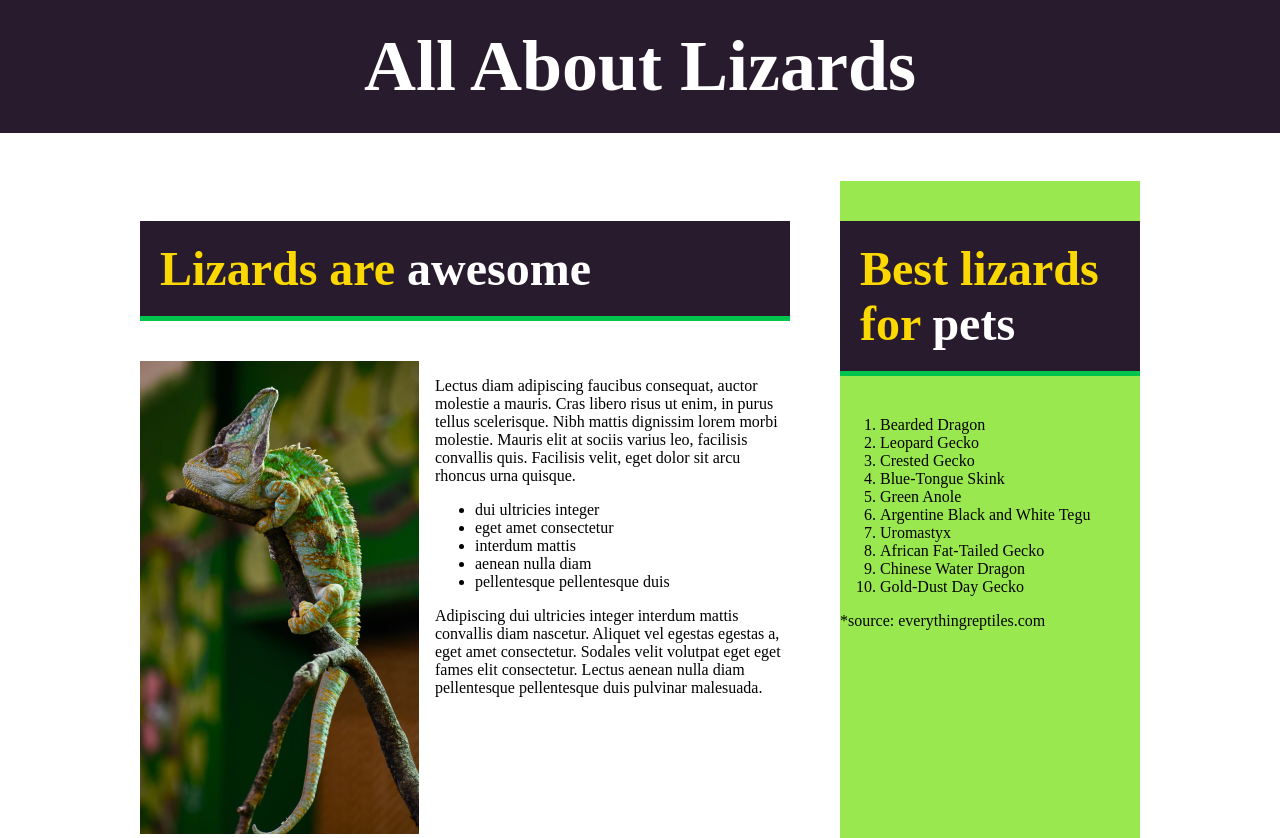
Repository: Doumham-Armah/lizards-landing--page
Page: index.html
These files come from the project's save history. The page is drawn as it stood at one moment and after the next save; the edit follows.
The browser window is 1280 px wide. The pictures show the whole page.

Above is the page before, as saved 2021-08-10 15:27:49.

### index.html
<!DOCTYPE html>
<html>
  <head>
    <title>All about lizards</title>
    <link href="css/style.css" rel="stylesheet" />
  </head>
  <body>
    <header>
      <h1>All About Lizards</h1>
    </header>

    <main>
      <div class="container">
        <div class="columns">
          <section class="main-content">
            <h2 class="subhead">
              Lizards are <span class="white-text">awesome</span>
            </h2>

            <div class="columns">
              <div class="col-left">
                <img
                  src="images/chameleon.jpg"
                  alt="a chameleon climbing a branch"
                />
              </div>

              <div class="col-right">
                <p>
                  Lectus diam adipiscing faucibus consequat, auctor molestie a
                  mauris. Cras libero risus ut enim, in purus tellus
                  scelerisque. Nibh mattis dignissim lorem morbi molestie.
                  Mauris elit at sociis varius leo, facilisis convallis quis.
                  Facilisis velit, eget dolor sit arcu rhoncus urna quisque.
                </p>

                <!-- insert the unordered list here -->
                <ul>
                  <li>dui ultricies integer</li>
                  <li>eget amet consectetur</li>
                  <li>interdum mattis</li>
                  <li>aenean nulla diam</li>
                  <li>pellentesque pellentesque duis</li>
                </ul>

                <p>
                  Adipiscing dui ultricies integer interdum mattis convallis
                  diam nascetur. Aliquet vel egestas egestas a, eget amet
                  consectetur. Sodales velit volutpat eget eget fames elit
                  consectetur. Lectus aenean nulla diam pellentesque
                  pellentesque duis pulvinar malesuada.
                </p>
              </div>
            </div>
          </section>

          <aside class="sidebar">
            <h2 class="subhead">
              Best lizards for <span class="white-text">pets</span>
            </h2>
            <!-- insert the ordered list here -->
            <ol>
              <li>Bearded Dragon</li>
              <li>Leopard Gecko</li>
              <li>Crested Gecko</li>
              <li>Blue-Tongue Skink</li>
              <li>Green Anole</li>
              <li>Argentine Black and White Tegu</li>
              <li>Uromastyx</li>
              <li>African Fat-Tailed Gecko</li>
              <li>Chinese Water Dragon</li>
              <li>Gold-Dust Day Gecko</li>
            </ol>
            <p>*source: everythingreptiles.com</p>
          </aside>
        </div>
        <!-- close columns -->
      </div>
      <!-- close container -->
    </main>
  </body>
</html>

### css/style.css
body {
  margin: 0;
}

/* solution with h1 only */

h1 {
  background-color: #281b2d;
  color: #fff;
  text-align: center;
  font-size: 72px;
  margin-top: 0;
  padding: 25px 0;
}

.subhead {
  background-color: #281b2d;
  color: #fcd801;
  font-size: 48px;
  padding: 20px;
  border-bottom: 5px solid #00c54c;
}

.white-text {
  color: #fff;
}

.container {
  max-width: 62.5rem;
  margin: 0 auto;
  padding: 0 1.5rem;
}

.columns {
  display: flex;
}

.col-right {
  margin-left: 1rem;
}

.main-content {
  width: 65%;
  margin-right: 5%;
}

.sidebar {
  width: 30%;
}

.sidebar {
  background-color: #9ae84f;
  padding-top: 0;
}

After the next save:
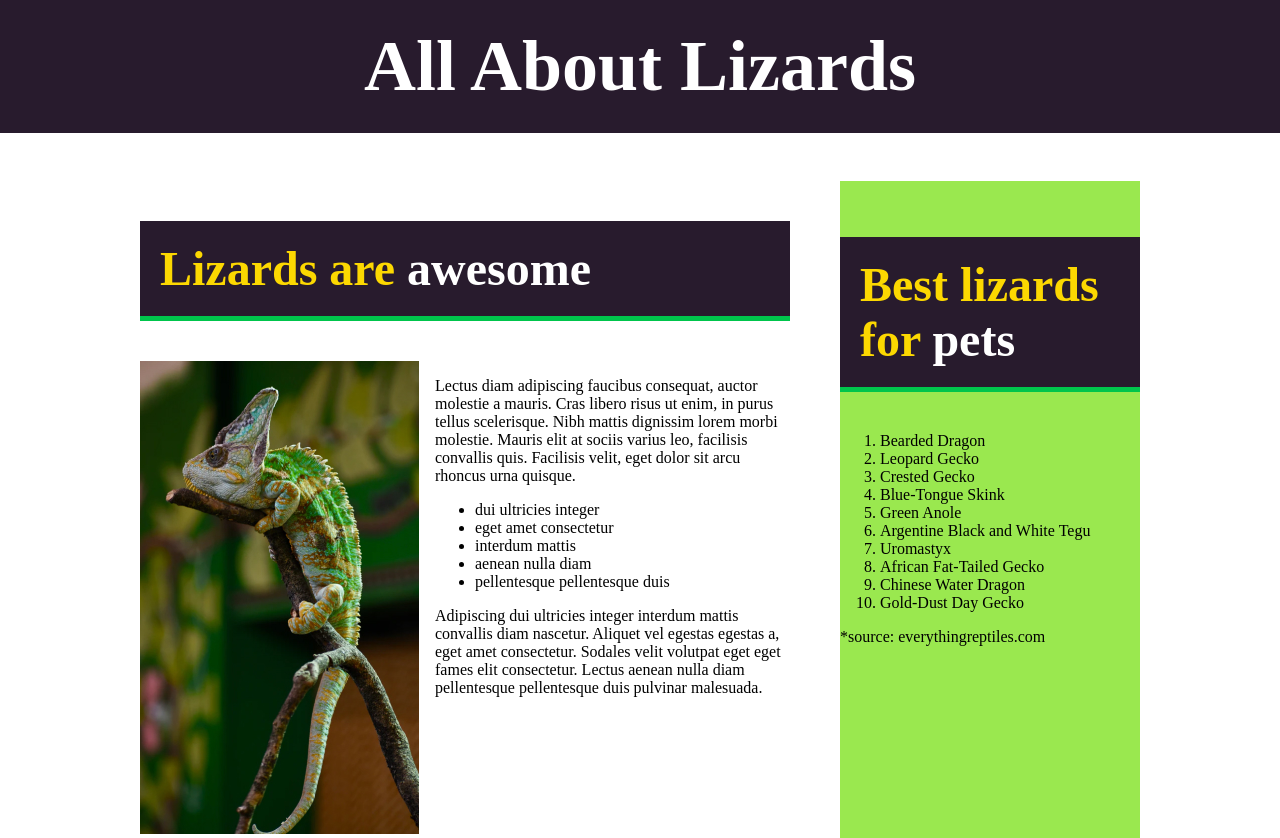
Saved 67 s later.
--- a/css/style.css
+++ b/css/style.css
@@ -50,5 +50,5 @@ h1 {
 
 .sidebar {
   background-color: #9ae84f;
-  padding-top: 0;
+  padding-top: 1rem;
 }
